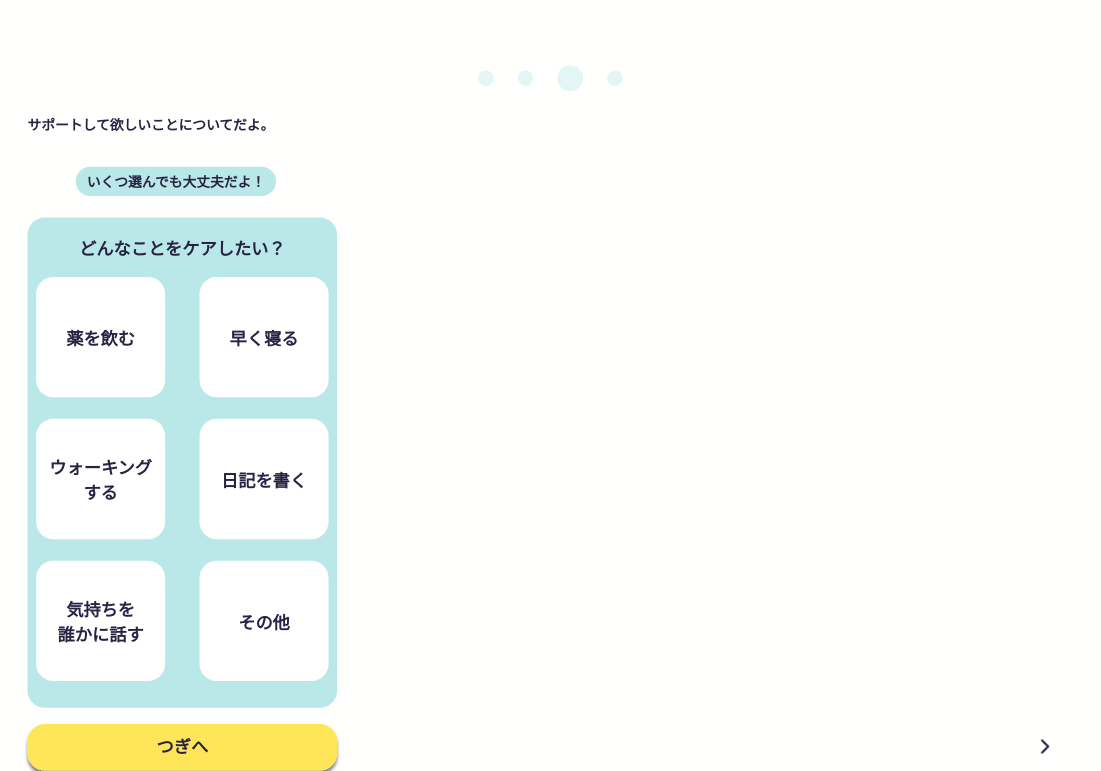
Repository: misaki0919/Self-care
Page: support.html
An editor plug-in stored every save of this project. The page is shown before and after the next save, followed by the edit.
The browser window is 1280 px wide. The pictures show the whole page, at 86% of full size.
Some web fonts or font styles are not loaded; a fallback is used.

Above is the page before, as saved 2026-07-20 19:16:40.

### support.html
<!DOCTYPE html>
<html lang="jp">
<head>
    <meta charset="UTF-8">
    <meta name="viewport" content="width=device-width, initial-scale=1.0">
    <title>サポートページ</title>
    <link href="css/support.css" rel="stylesheet">
    <link rel="preconnect" href="https://fonts.googleapis.com">
    <link rel="preconnect" href="https://fonts.gstatic.com" crossorigin>
    <link href="https://fonts.googleapis.com/css2?family=Archivo+Black&family=Noto+Serif+JP:wght@200..900&family=Zen+Maru+Gothic&display=swap" rel="stylesheet">
</head>
<body>
    <div class="circle_wrap">
        <div class="circle"></div>
        <div class="circle"></div>
        <div class="diffrent_circle"></div>
        <div class="circle"></div>
    </div>
    <p class="support zen-maru-gothic-regular">サポートして欲しいことについてだよ。</p>
    <p class="choose zen-maru-gothic-regular">いくつ選んでも大丈夫だよ！</p>
    <div class="wrap">
        <p class="care zen-maru-gothic-regular">どんなことをケアしたい？</p>
        <ul class="zen-maru-gothic-regular">
            <li>
                <input type="checkbox" id="todo1">
                    <label for="todo1">
                薬を飲む
                </label>
            </li>
            <li>
                <input type="checkbox" id="todo2">
                    <label for="todo2">
                早く寝る
                </label>
            </li>
            <li>
                <input type="checkbox" id="todo3">
                    <label for="todo3">
                ウォーキング<br>する
                </label>
            </li>
            <li>
                <input type="checkbox" id="todo4">
                    <label for="todo4">
                日記を書く
                </label>
            </li>
            <li>
                <input type="checkbox" id="todo5">
                    <label for="todo5">
                気持ちを<br>誰かに話す
                </label>
            </li>
            <li>
                <input type="checkbox" id="todo6">
                    <label for="todo6">
                <a href="time.html">その他</a>
                </label>
            </li>
        </ul>
    </div>
    <div class="images-wrap">
        <a href="notice.html" class="next zen-maru-gothic-regular">つぎへ</a>
        <img class="images" src="images/next.png" alt="画像">
    </div>

</body>
</html>

### css/support.css
body{
    background-color: #FFFFFE;
    color: #272343;
    /* padding-left: 24px;
    padding-right: 24px; */
}
.zen-maru-gothic-regular {
    font-family: "Zen Maru Gothic", sans-serif;
    font-weight: 600;
    font-style: normal;
}
.circle_wrap{
    display: flex;
    justify-content: center;
    margin-top: 76px;
    gap: 28px;
    align-items: center;
    .diffrent_circle{
        width: 30px;
        height: 30px;
        background-color: #E3F6F5;
        border-radius: 50%;

    }
    .circle{
        width: 18px;
        height: 18px;
        background-color: #E3F6F5;
        border-radius: 50%;
        text-align: center;

    }
}
.support{
    font-size: 16px;
    margin: 26px 38px 0 0;
    margin-left: 24px;
}
.choose{
    font-size: 16px;
    background-color: #BAE8E8;
    border-radius: 20px;
    width: 233px;
    height: 34px;
    display: flex;
    justify-content: center;
    align-items: center;
    margin-left: 80px;
    margin-bottom: 25px;
    margin-top: 38px;
}
.wrap{
    margin: 0 24px;
    background-color: #BAE8E8;
    height: 570px;
    width: 340px;
    border-radius: 20px;
    margin-bottom: 30px;
    padding-left: 10px;
    padding-right: 10px;
    .care{
        font-size: 20px;
        text-align: center;
        padding-top: 20px;
    }
    ul{
        display: flex;
        justify-content: space-between;
        flex-wrap: wrap;
        padding:0;
        gap: 25px;

        li{
            background-color: #FFFFFF;
            display: flex;
            justify-content: center;
            border-radius: 20px;
            list-style: none;
            height: 140px;
            width: 150px;
            align-items: center;
            font-size: 20px;
            a{
                text-decoration: none;
                color: #272343;
            }
            input{
                display: none;
            }
            label{
                width:100%;
                height:100%;
                display:flex;
                flex-direction:column;
                justify-content:center;
                align-items:center;
                text-align:center;
                cursor:pointer;
                border-radius:20px;
            }
        }
        input[type="checkbox"] + label{
            border: solid 1px tomato;
            border: none;
            width:163px;
            height: 144px;
            }
        input[type="checkbox"]:checked + label{
            border: solid 1px #FFE558;
            border-radius: 20px;
            }
    }
}


images-wrap{
    position: relative;
}

.next{
    margin-left: 24px;
    font-size: 20px;
    background-color: #FFE558;
    border-radius: 20px;
    padding: 16px 150px;
    text-align: center;
    text-decoration: none;
    color: #272343;
    box-shadow: #7b7b7b 0px 4px 4px 0px;
}

.images{
    width: 30px;
    position: absolute;
    right: 20px;
    /* background-color: tomato; */
    margin-right: 30px;
}

### css/ress.css
html{-webkit-text-size-adjust:100%;box-sizing:border-box;-moz-tab-size:4;tab-size:4;word-break:normal}*,:after,:before{background-repeat:no-repeat;box-sizing:inherit}:after,:before{text-decoration:inherit;vertical-align:inherit}*{margin:0;padding:0}hr{color:inherit;height:0;overflow:visible}details,main{display:block}summary{display:list-item}small{font-size:80%}[hidden]{display:none}abbr[title]{border-bottom:none;text-decoration:underline;text-decoration:underline dotted}a{background-color:transparent}a:active,a:hover{outline-width:0}code,kbd,pre,samp{font-family:monospace,monospace}pre{font-size:1em}b,strong{font-weight:bolder}sub,sup{font-size:75%;line-height:0;position:relative;vertical-align:baseline}sub{bottom:-.25em}sup{top:-.5em}table{border-color:inherit;text-indent:0}iframe{border-style:none}input{border-radius:0}[type=number]::-webkit-inner-spin-button,[type=number]::-webkit-outer-spin-button{height:auto}[type=search]{-webkit-appearance:textfield;outline-offset:-2px}[type=search]::-webkit-search-decoration{-webkit-appearance:none}textarea{overflow:auto;resize:vertical}button,input,optgroup,select,textarea{font:inherit}optgroup{font-weight:700}button{overflow:visible}button,select{text-transform:none}[role=button],[type=button],[type=reset],[type=submit],button{cursor:pointer}[type=button]::-moz-focus-inner,[type=reset]::-moz-focus-inner,[type=submit]::-moz-focus-inner,button::-moz-focus-inner{border-style:none;padding:0}[type=button]::-moz-focus-inner,[type=reset]::-moz-focus-inner,[type=submit]::-moz-focus-inner,button:-moz-focusring{outline:1px dotted ButtonText}[type=reset],[type=submit],button,html [type=button]{-webkit-appearance:button}button,input,select,textarea{background-color:transparent;border-style:none}a:focus,button:focus,input:focus,select:focus,textarea:focus{outline-width:0}select{-moz-appearance:none;-webkit-appearance:none}select::-ms-expand{display:none}select::-ms-value{color:currentColor}legend{border:0;color:inherit;display:table;max-width:100%;white-space:normal}::-webkit-file-upload-button{-webkit-appearance:button;color:inherit;font:inherit}[disabled]{cursor:default}img{border-style:none}progress{vertical-align:baseline}[aria-busy=true]{cursor:progress}[aria-controls]{cursor:pointer}[aria-disabled=true]{cursor:default}

After the next save:
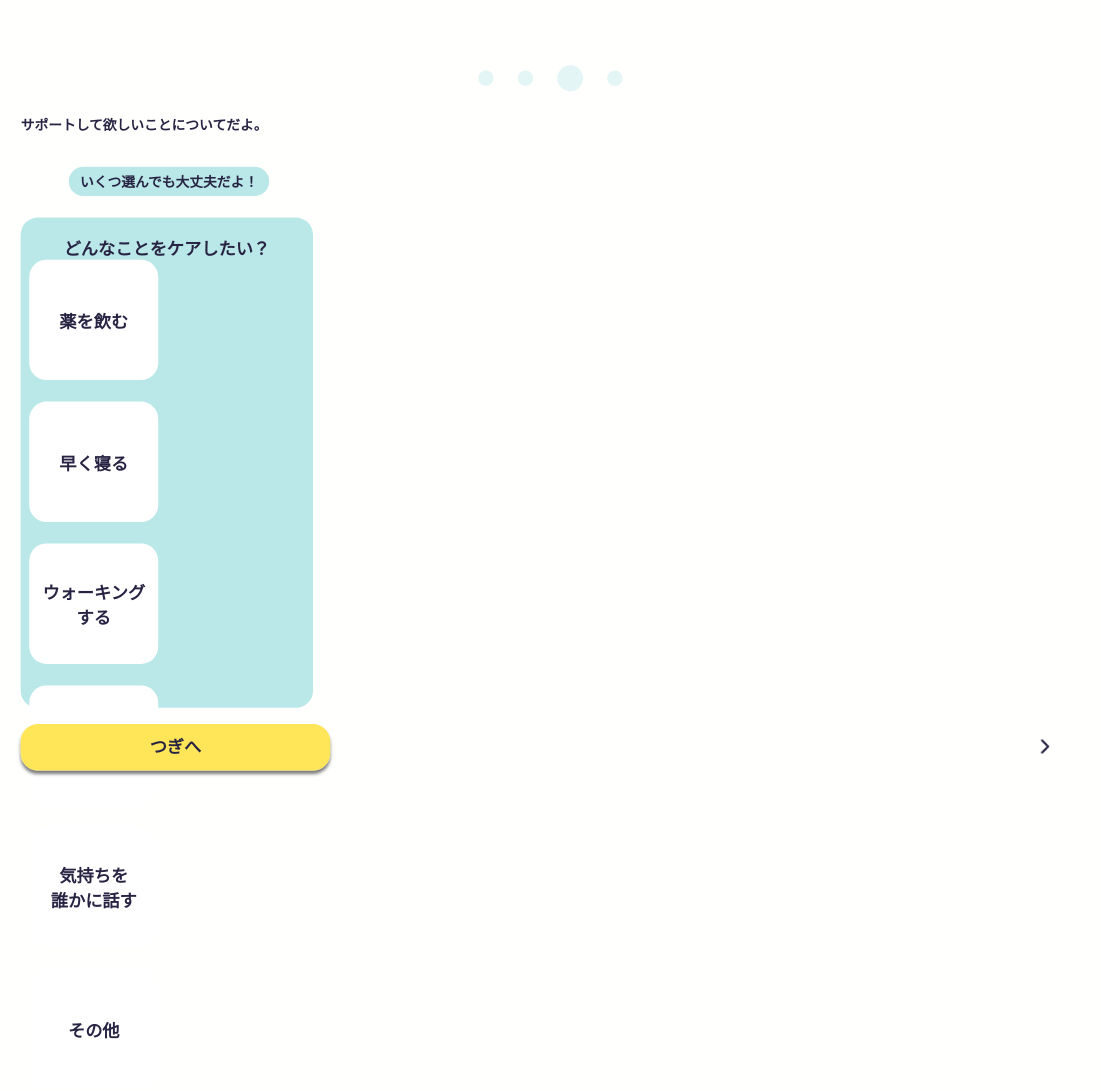
Saved 77 s later.
--- a/support.html
+++ b/support.html
@@ -5,6 +5,7 @@
     <meta name="viewport" content="width=device-width, initial-scale=1.0">
     <title>サポートページ</title>
     <link href="css/support.css" rel="stylesheet">
+    <link rel="stylesheet" href="css/ress.css">
     <link rel="preconnect" href="https://fonts.googleapis.com">
     <link rel="preconnect" href="https://fonts.gstatic.com" crossorigin>
     <link href="https://fonts.googleapis.com/css2?family=Archivo+Black&family=Noto+Serif+JP:wght@200..900&family=Zen+Maru+Gothic&display=swap" rel="stylesheet">
